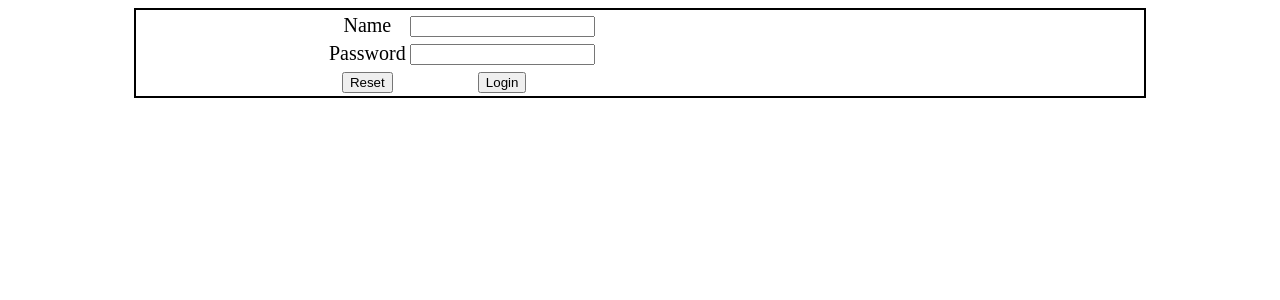
Repository: jks2127/SMS-webApp
Page: sms 1.2/WebContent/index.html
An editor plug-in stored every save of this project. The page is shown before and after the next save, followed by the edit.
The browser window is 1280 px wide. The pictures show the whole page.

Above is the page before, as saved 2021-06-11 12:02:11.

After the next save:
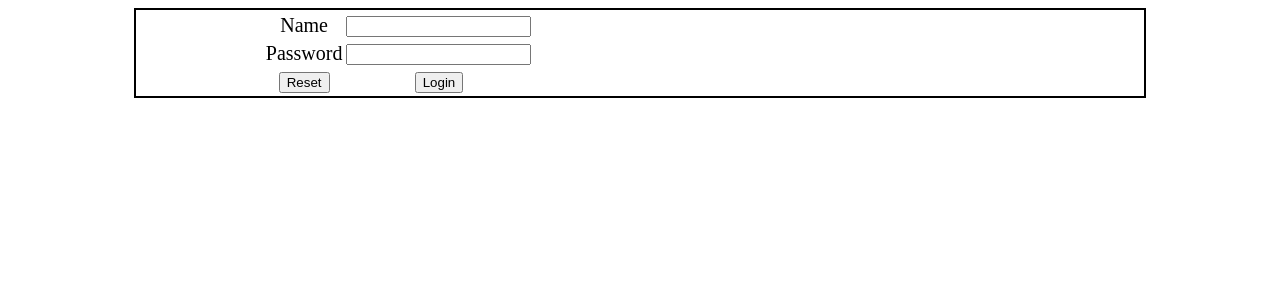
Saved 71 s later.
--- a/sms 1.2/WebContent/index.html
+++ b/sms 1.2/WebContent/index.html
@@ -9,8 +9,8 @@
 		margin-left:10%;
 		margin-right:10%;
 		border:2px solid black;
-		padding-left:15%;
-		padding-right:15%;
+		padding-left:10%;
+		padding-right:10%;
 		}
 
 		#body form{
